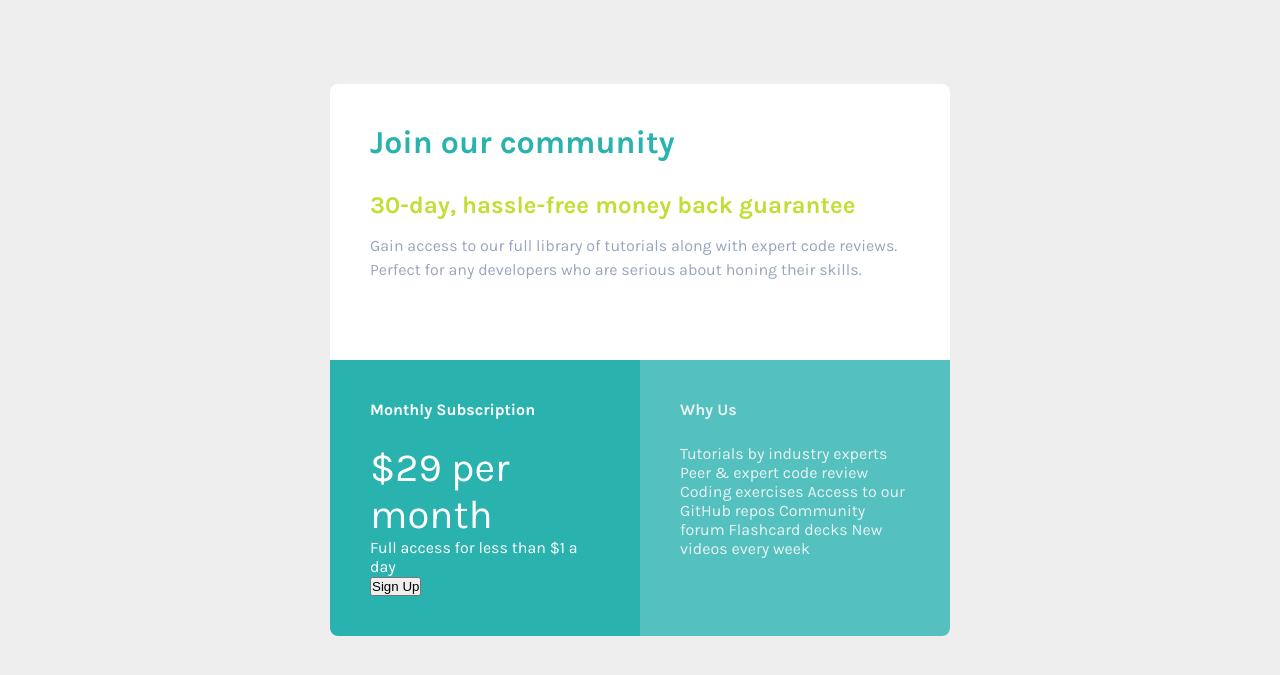
Repository: Akashiii1/WebSingleGrid_Day3
Page: index.html
The author's editor kept a copy of each file at every save. The page is drawn from the files as they stood at one save, then again after the next save.
The browser window is 1280 px wide. The pictures show the whole page.

Above is the page before, as saved 2021-12-22 01:52:32.

### index.html
<!DOCTYPE html>
<html lang="en">
  <head>
    <meta charset="UTF-8" />
    <meta name="viewport" content="width=device-width, initial-scale=1.0" />
    <!-- displays site properly based on user's device -->

    <link
      rel="icon"
      type="image/png"
      sizes="32x32"
      href="./images/favicon-32x32.png"
    />

    <title>Frontend Mentor | Single Price Grid Component</title>

    <!-- Feel free to remove these styles or customise in your own stylesheet 👍 -->
    <link rel="stylesheet" href="style.css" />
    <style>
      .attribution {
        font-size: 11px;
        text-align: center;
      }
      .attribution a {
        color: hsl(228, 45%, 44%);
      }
    </style>
  </head>
  <body>
    <!-- Join our community

  30-day, hassle-free money back guarantee

  Gain access to our full library of tutorials along with expert code reviews.
  Perfect for any developers who are serious about honing their skills.

  Monthly Subscription

  &dollar;29 per month

  Full access for less than &dollar;1 a day

  Sign Up

  Why Us

  Tutorials by industry experts
  Peer &amp; expert code review
  Coding exercises
  Access to our GitHub repos
  Community forum
  Flashcard decks
  New videos every week -->
    <div class="wrapper">
      <div class="container">
        <div class="box item1">
          <h1>Join our community</h1>
          <h3>30-day, hassle-free money back guarantee</h3>
          <p>
            Gain access to our full library of tutorials along with expert code
            reviews. Perfect for any developers who are serious about honing
            their skills.
          </p>
        </div>
        <div class="box item2">
          <h4>Monthly Subscription</h4>
          <span>&dollar;29 <span class="light">per month</span> </span>
          <p>Full access for less than &dollar;1 a day</p>
          <button class="btn">Sign Up</button>
        </div>
        <div class="box item3">
          <h4>Why Us</h4>
          <p>
            Tutorials by industry experts Peer &amp; expert code review Coding
            exercises Access to our GitHub repos Community forum Flashcard decks
            New videos every week
          </p>
        </div>
      </div>
    </div>
    <!-- <footer>
    <p class="attribution">
      Challenge by <a href="https://www.frontendmentor.io?ref=challenge" target="_blank">Frontend Mentor</a>.
      Coded by <a href="#">Your Name Here</a>.
    </p>
  </footer> -->
  </body>
</html>

### style.css

@import url('https://fonts.googleapis.com/css2?family=Karla:wght@400;700&display=swap');
:root{
  --Cyan: hsl(179, 62%, 43%);
 --BrightYellow: hsl(71, 73%, 54%);
 --LightGray: hsl(204, 43%, 93%);
 --GrayishBlue: hsl(218, 22%, 67%);
}
html {
box-sizing: border-box;
}
*{
margin: 0;
padding: 0;
}
*,*:before,*:after {
box-sizing: border-box;
}
input,
textarea,
select,
button{
outline: none;
}
input{
line-height: normal;
}
label,
button{
cursor: pointer;
}
a {
text-decoration: none;
}
img {
display: block;
max-width: 100%;
}
body{
  font-family: 'Karla', sans-serif;
  display: flex;
  justify-content: center;
  align-items: center;
  min-height: 100vh;
  background-color: #eee;
}
.wrapper{
  max-width: 620px;
  background-color: #fff;
  border-radius: 8px;
  overflow: hidden;
}
.container{
  display: grid;
  grid-template-columns:1fr 1fr;
  grid-template-rows: 1fr 1fr;
  grid-template-areas:"it1 it1"
                      "it2 it3";
}
.item1{
  grid-area: it1;
}
.item2{
  grid-area: it2;

}
.item3{
  grid-area: it3;
}
.box{
  padding: 40px;
}
.item1 h1{
  font-size: 32px;
  color:var(--Cyan) ;
  margin-bottom: 30px;
}
.item1 h3{
  color: var(--BrightYellow);
  font-size: 24px;
  margin-bottom: 15px;
}
.item1 p{
  color: var(--GrayishBlue);
  font-weight: 400;
  line-height: 1.5;

}
.item2 {
  background-color: var(--Cyan);
  color: #fff;
}
.item2 h4{
  margin-bottom: 25px;
}
.item2 span{
  font-size: 40px;
}
.item3{
  background-color: var(--Cyan);
  opacity: .8;
  color: var(--LightGray);
}
.item3 h4{
  margin-bottom: 25px;
}

After the next save:
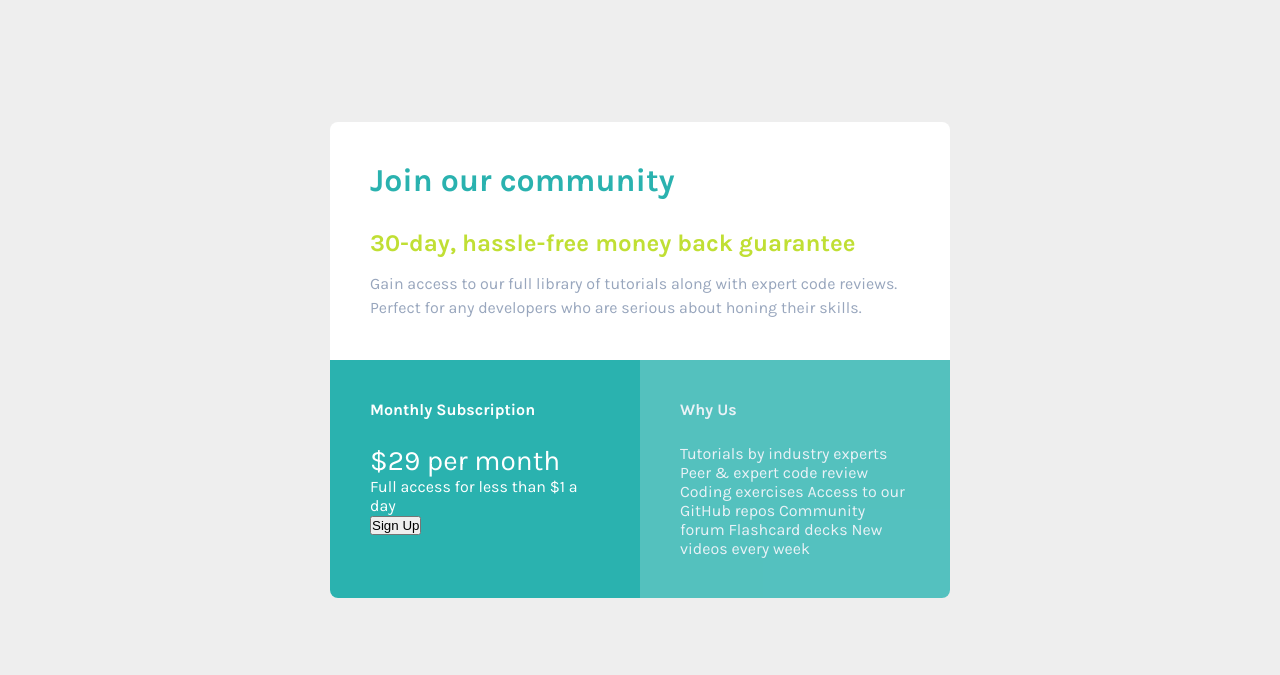
Saved 7 s later.
--- a/style.css
+++ b/style.css
@@ -94,7 +94,7 @@ body{
   margin-bottom: 25px;
 }
 .item2 span{
-  font-size: 40px;
+  font-size: 28px;
 }
 .item3{
   background-color: var(--Cyan);
